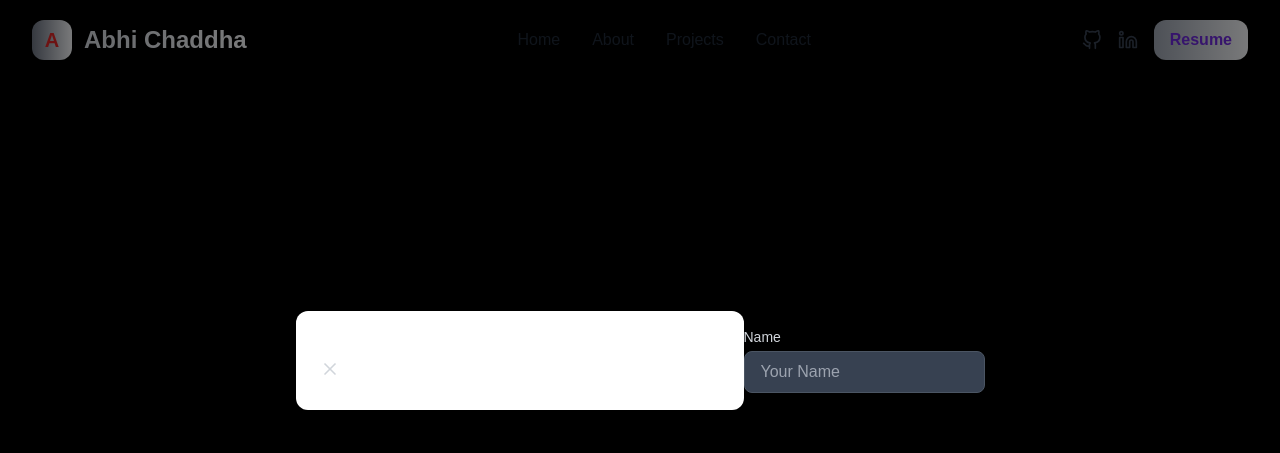
Repository: 532ab/portfolio-website
Page: /, after clicking the first element matching `button.ml-4`
These files come from the project's save history. The page is drawn as it stood at one moment and after the next save; the edit follows.
The browser window is 1280 px wide. The pictures show the whole page.
The project was rebuilt for these pictures with package versions that can differ from the ones it lists, and the page was loaded fresh each time. Also part of the build but not shown: vite.config.js.

Above is the page before, as saved 2026-01-25 13:27:14.

After the next save:
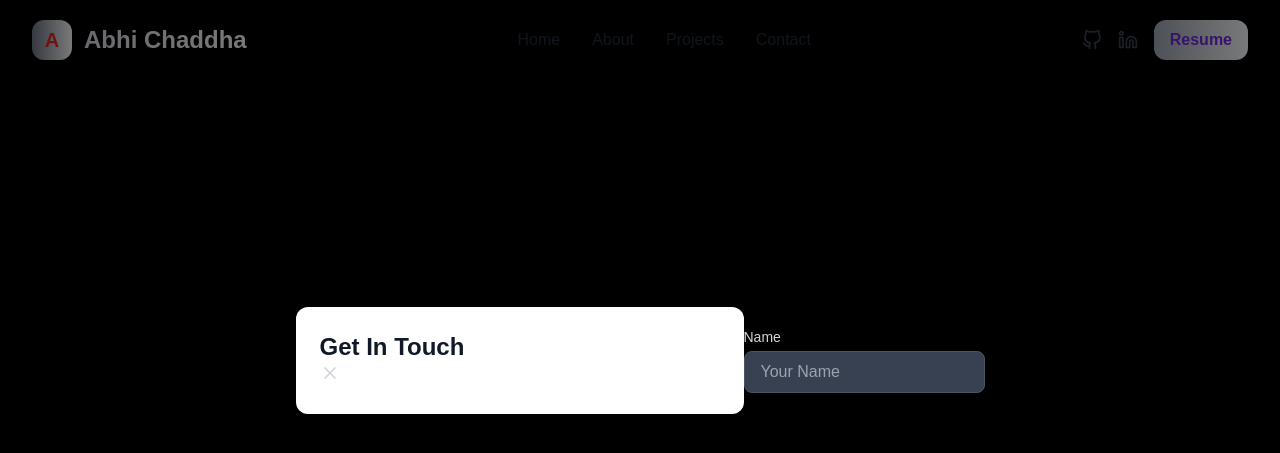
Saved 75 s later.
--- a/src/components/Header.jsx
+++ b/src/components/Header.jsx
@@ -150,7 +150,7 @@
              onClick = {closeContactForm}>
 
                 <div className = "bg-white dark:bg-gray-800 rounded-xl shadow-xl w-full max-w-md p-6">
-                    <h1 classname = "text-2xl font-bold text-gray-900 dark:text-white">
+                    <h1 className = "text-2xl font-bold text-gray-900 dark:text-white">
                         Get In Touch
                     </h1>
 
